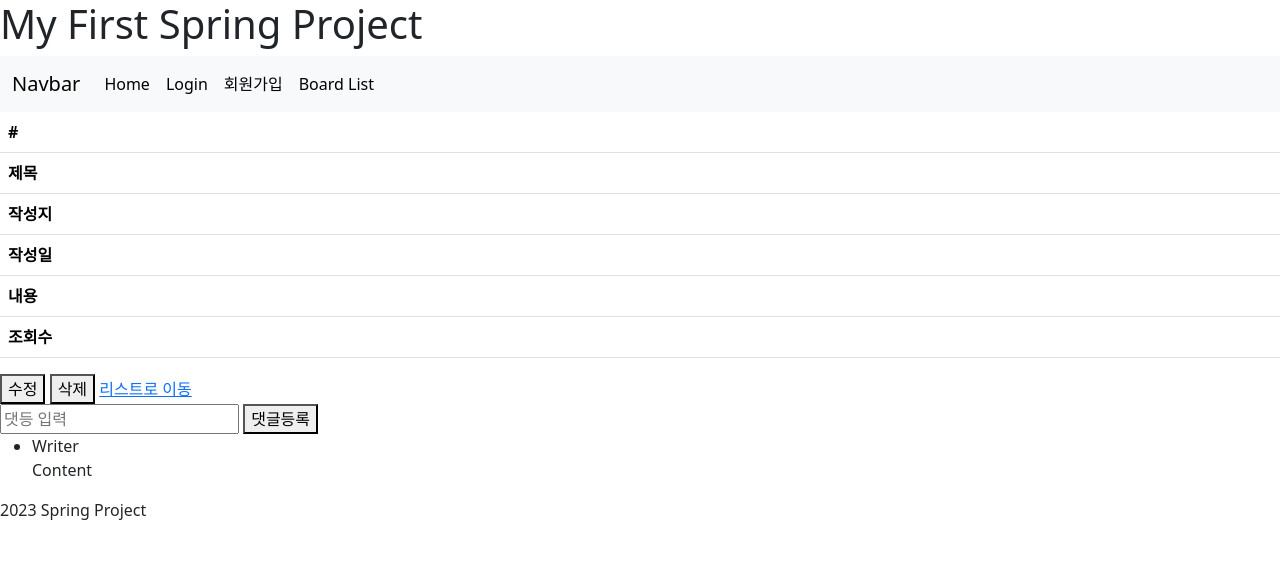
Repository: HongSeungBo/secondspring
Page: http://localhost/spring_test/WEB-INF/views/board/detail.jsp
These files come from the project's save history. The page is drawn as it stood at one moment and after the next save; the edit follows.
The browser window is 1280 px wide. The pictures show the whole page.
The page is served by Tomcat 9. Nobody is signed in. Other server files are loaded and not shown. The template is opened directly, without the code that normally fills it, so the values that code supplies are empty.

Above is the page before, as saved 2023-10-10 11:39:45.

### spring test/src/main/webapp/WEB-INF/views/board/detail.jsp
<%@ page language="java" contentType="text/html; charset=UTF-8"
    pageEncoding="UTF-8"%>
    <%@ taglib prefix="c" uri="http://java.sun.com/jsp/jstl/core" %>
<!DOCTYPE html>
<html>
<head>
<meta charset="UTF-8">
<title>Insert title here</title>
</head>
<body>
<jsp:include page="../layout/header.jsp"></jsp:include>
	<table class="table table-hover">
		<tr>
			<th>#</th>
			<td>${detail.bno }</td>
		</tr>
		<tr>
			<th>제목</th>
			<td>${detail.title }</td>
		</tr>
		<tr>
			<th>작성지</th>
			<td>${detail.writer }</td>
		</tr>
		<tr>
			<th>작성일</th>
			<td>${detail.registerDate }</td>
		</tr>
		<tr>
			<th>내용</th>
			<td>${detail.content }</td>
		</tr>
		<tr>
			<th>조회수</th>
			<td>${detail.read_count }</td>
		</tr>
	</table>

	<a href="/board/modify?bno=${detail.bno }"><button type="button">수정</button></a>
	<a href="/board/remove?bno=${detail.bno }"><button type="button">삭제</button></a>
	<a href="/board/list">리스트로 이동</a>

	<!-- comment line -->
	<div>
		<!-- 댓글 작성 라인 -->
		<div>
			<span id="cmtwirter">${ses.id }</span>
			<input type="text" id="cmtText" placeholder="댓등 입력">
			<button type="button" id="cmtPostBtn">댓글등록</button>
		</div>

		<!-- 댓글 표시 라인 -->
		<div>
			<ul id="cmtListArea">
				<li>
					<div>
						<div>Writer</div>
						Content
					</div>
				</li>
			</ul>
		</div>
	</div>

	<jsp:include page="../layout/footer.jsp"></jsp:include>

</body>
</html>

### spring test/src/main/webapp/WEB-INF/views/layout/header.jsp
<%@ page language="java" contentType="text/html; charset=UTF-8"
    pageEncoding="UTF-8"%>
    <%@ taglib prefix="c" uri="http://java.sun.com/jsp/jstl/core" %>
<!DOCTYPE html>
<html>
<head>
<meta charset="UTF-8">
<title>Insert title here</title>
<link href="https://cdn.jsdelivr.net/npm/bootstrap@5.3.1/dist/css/bootstrap.min.css" rel="stylesheet"
integrity="sha384-4bw+/aepP/YC94hEpVNVgiZdgIC5+VKNBQNGCHeKRQN+PtmoHDEXuppvnDJzQIu9" crossorigin="anonymous">
<script src="https://cdn.jsdelivr.net/npm/bootstrap@5.3.1/dist/js/bootstrap.bundle.min.js"
integrity="sha384-HwwvtgBNo3bZJJLYd8oVXjrBZt8cqVSpeBNS5n7C8IVInixGAoxmnlMuBnhbgrkm" crossorigin="anonymous"></script>
</head>
<body>
<h1> My First Spring Project </h1>
<nav class="navbar navbar-expand-lg bg-body-tertiary">
  <div class="container-fluid">
    <a class="navbar-brand" href="#">Navbar</a>
    <button class="navbar-toggler" type="button" data-bs-toggle="collapse" data-bs-target="#navbarSupportedContent" aria-controls="navbarSupportedContent" aria-expanded="false" aria-label="Toggle navigation">
      <span class="navbar-toggler-icon"></span>
    </button>
    <div class="collapse navbar-collapse" id="navbarSupportedContent">
      <ul class="navbar-nav me-auto mb-2 mb-lg-0">
        <li class="nav-item">
          <a class="nav-link active" aria-current="page" href="/">Home</a>
        </li>
        <c:if test="${ses.id eq null }">
	        <li class="nav-item">
	          <a class="nav-link active" aria-current="page" href="/member/login">Login</a>
	        </li>
        </c:if>
        <c:if test="${ses.id ne null }">
	        <li class="nav-item">
	          <a class="nav-link active" aria-current="page" href="logout">Logout</a>
	        </li>
        </c:if>
        <li class="nav-item">
          <a class="nav-link active" aria-current="page" href="/member/signUp">회원가입</a>
        </li>
        <c:if test="${ses.id ne null }">
	        <li class="nav-item">
	          <a class="nav-link active" aria-current="page" href="/board/register">REG</a>
	        </li>
        </c:if>
        <c:if test="${ses.id ne null }">
	        <li class="nav-item">
	          <a class="nav-link active" aria-current="page" href="/member/modify">회원정보 수정</a>
	        </li>
        </c:if>
        <li class="nav-item">
          <a class="nav-link active" aria-current="page" href="/board/list">Board List</a>
        </li>
        <!-- <li class="nav-item">
          <a class="nav-link" href="#">Link</a>
        </li>
        <li class="nav-item dropdown">
          <a class="nav-link dropdown-toggle" href="#" role="button" data-bs-toggle="dropdown" aria-expanded="false">
            Dropdown
          </a>
          <ul class="dropdown-menu">
            <li><a class="dropdown-item" href="#">Action</a></li>
            <li><a class="dropdown-item" href="#">Another action</a></li>
            <li><hr class="dropdown-divider"></li>
            <li><a class="dropdown-item" href="#">Something else here</a></li>
          </ul>
        </li>
        <li class="nav-item">
          <a class="nav-link disabled" aria-disabled="true">Disabled</a>
        </li>
      </ul>
      <form class="d-flex" role="search">
        <input class="form-control me-2" type="search" placeholder="Search" aria-label="Search">
        <button class="btn btn-outline-success" type="submit">Search</button> -->
      </form>
    </div>
  </div>
</nav>

### spring test/src/main/webapp/WEB-INF/views/layout/footer.jsp
<%@ page language="java" contentType="text/html; charset=UTF-8"
    pageEncoding="UTF-8"%>
<!DOCTYPE html>
<html>
<head>
<meta charset="UTF-8">
<title>Insert title here</title>
</head>
<body>
<div> 2023 Spring Project </div>
</body>
</html>

After the next save:
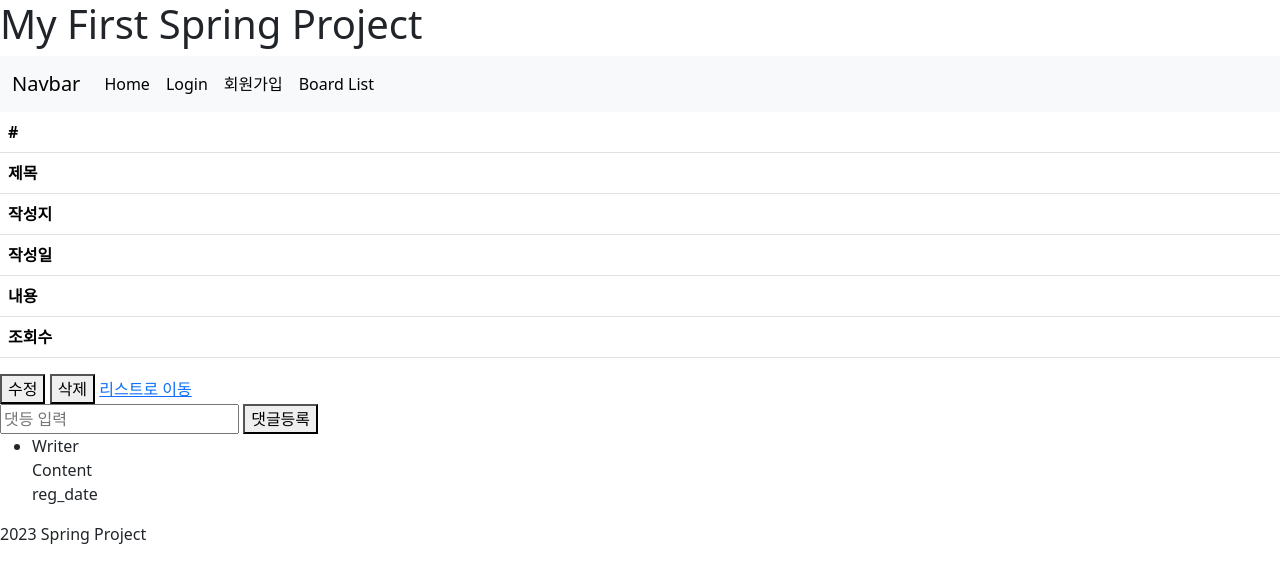
Saved 12 s later.
--- a/spring test/src/main/webapp/WEB-INF/views/board/detail.jsp
+++ b/spring test/src/main/webapp/WEB-INF/views/board/detail.jsp
@@ -57,6 +57,7 @@
 						<div>Writer</div>
 						Content
 					</div>
+					<span>reg_date</span>
 				</li>
 			</ul>
 		</div>
